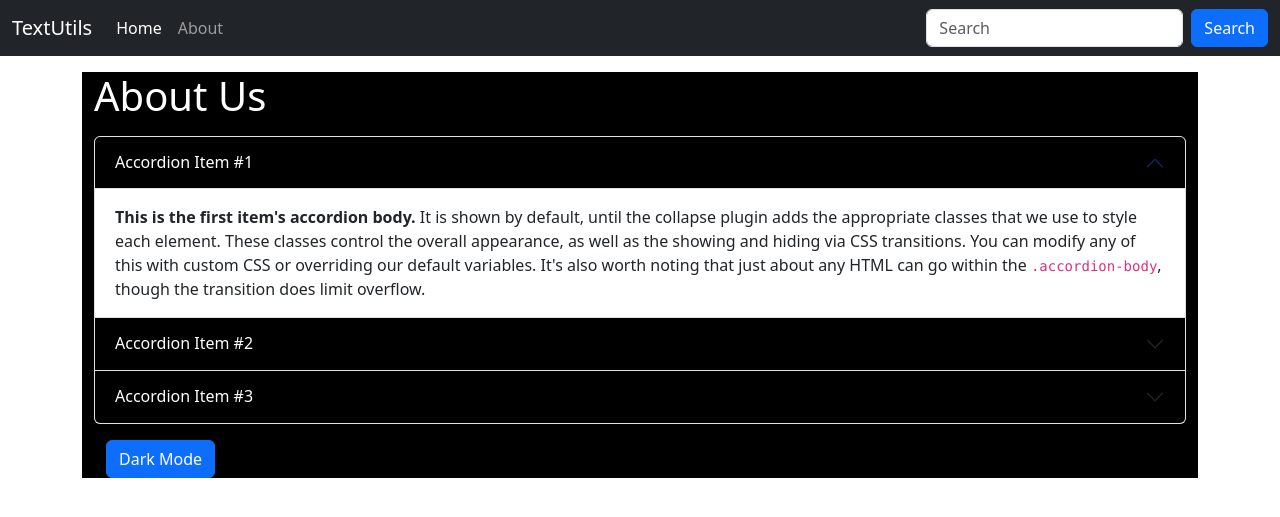
Repository: Rohit-foryou/Text-Utils
Page: /
The author's editor kept a copy of each file at every save. The page is drawn from the files as they stood at one save, then again after the next save.
The browser window is 1280 px wide. The pictures show the whole page.
The project was rebuilt for these pictures with package versions that can differ from the ones it lists, and the page was loaded fresh each time. Also part of the build but not shown: src/index.css, src/App.css.

Above is the page before, as saved 2023-12-20 22:33:15.

### public/index.html
<!DOCTYPE html>
<html lang="en">
  <head>
    <meta charset="utf-8" />
    <link rel="icon" href="%PUBLIC_URL%/favicon.ico" />
    <meta name="viewport" content="width=device-width, initial-scale=1" />
    <meta name="theme-color" content="#000000" />
    <meta
      name="description"
      content="Web site created using create-react-app"
    />
    <link rel="apple-touch-icon" href="%PUBLIC_URL%/logo192.png" />
    <link rel="manifest" href="%PUBLIC_URL%/manifest.json" />

    <!-- Bootstrap CSS -->
    <link href="https://cdn.jsdelivr.net/npm/bootstrap@5.3.2/dist/css/bootstrap.min.css" rel="stylesheet" integrity="sha384-T3c6CoIi6uLrA9TneNEoa7RxnatzjcDSCmG1MXxSR1GAsXEV/Dwwykc2MPK8M2HN" crossorigin="anonymous">

    <title>React App</title>
  </head>
  <body>
    <noscript>You need to enable JavaScript to run this app.</noscript>
    <div id="root"></div>

    <script src="https://cdn.jsdelivr.net/npm/bootstrap@5.3.2/dist/js/bootstrap.bundle.min.js" integrity="sha384-C6RzsynM9kWDrMNeT87bh95OGNyZPhcTNXj1NW7RuBCsyN/o0jlpcV8Qyq46cDfL" crossorigin="anonymous"></script>
  </body>
</html>

### src/App.js
import "./App.css";
import About from "./components/About";
import Navbar from "./components/Navbar";
// import TextForm from "./components/TextForm";


function App() {
  return (
    <>
      <Navbar title = "TextUtils" aboutText = "About"/>
      <div className="container my-3">
      {/* <TextForm heading = "Enter the text to analyze"/> */}
      <About/>
      </div>
    </>
  );
}

export default App;

### src/components/About.js
import React from 'react'

export default function About() {

    let mystyle={
        color: 'white',
        backgroundColor: 'black'
    }
  return (
    <div className='container' style={mystyle}>
        <h1 className = "my-3">About Us</h1>
      <div className="accordion" id="accordionExample" style={mystyle}>
            <div className="accordion-item">
                <h2 className="accordion-header">
                <button className="accordion-button" type="button"  style={mystyle} data-bs-toggle="collapse" data-bs-target="#collapseOne" aria-expanded="true" aria-controls="collapseOne">
                    Accordion Item #1
                </button>
                </h2>
                <div id="collapseOne" className="accordion-collapse collapse show" data-bs-parent="#accordionExample">
                <div className="accordion-body">
                    <strong>This is the first item's accordion body.</strong> It is shown by default, until the collapse plugin adds the appropriate classes that we use to style each element. These classes control the overall appearance, as well as the showing and hiding via CSS transitions. You can modify any of this with custom CSS or overriding our default variables. It's also worth noting that just about any HTML can go within the <code>.accordion-body</code>, though the transition does limit overflow.
                </div>
                </div>
            </div>
            <div className="accordion-item">
                <h2 className="accordion-header">
                <button className="accordion-button collapsed"  style={mystyle} type="button" data-bs-toggle="collapse" data-bs-target="#collapseTwo" aria-expanded="false" aria-controls="collapseTwo">
                    Accordion Item #2
                </button>
                </h2>
                <div id="collapseTwo" className="accordion-collapse collapse" data-bs-parent="#accordionExample">
                <div className="accordion-body">
                    <strong>This is the second item's accordion body.</strong> It is hidden by default, until the collapse plugin adds the appropriate classes that we use to style each element. These classes control the overall appearance, as well as the showing and hiding via CSS transitions. You can modify any of this with custom CSS or overriding our default variables. It's also worth noting that just about any HTML can go within the <code>.accordion-body</code>, though the transition does limit overflow.
                </div>
                </div>
            </div>
            <div className="accordion-item">
                <h2 className="accordion-header">
                <button className="accordion-button collapsed"  style={mystyle} type="button" data-bs-toggle="collapse" data-bs-target="#collapseThree" aria-expanded="false" aria-controls="collapseThree">
                    Accordion Item #3
                </button>
                </h2>
                <div id="collapseThree" className="accordion-collapse collapse"  data-bs-parent="#accordionExample">
                <div className="accordion-body">
                    <strong>This is the third item's accordion body.</strong> It is hidden by default, until the collapse plugin adds the appropriate classes that we use to style each element. These classes control the overall appearance, as well as the showing and hiding via CSS transitions. You can modify any of this with custom CSS or overriding our default variables. It's also worth noting that just about any HTML can go within the <code>.accordion-body</code>, though the transition does limit overflow.
                </div>
                </div>
            </div>
        </div>
        <div className="container my-3">
        <button type="button" className="btn btn-primary" >Dark Mode</button>
        </div>
    </div>
  )
}

### src/components/Navbar.js
import React from 'react'
import PropTypes from 'prop-types'


export default function Navbar(props) {
  return (
    <nav className="navbar navbar-expand-lg navbar-dark bg-dark">
        <div className="container-fluid">
          <a className="navbar-brand" href="/">{props.title}</a>
          <button className="navbar-toggler" type="button" data-bs-toggle="collapse" data-bs-target="#navbarSupportedContent" aria-controls="navbarSupportedContent" aria-expanded="false" aria-label="Toggle navigation">
            <span className="navbar-toggler-icon"></span>
          </button>
          <div className="collapse navbar-collapse" id="navbarSupportedContent">
            <ul className="navbar-nav me-auto mb-2 mb-lg-0">
              <li className="nav-item">
                <a className="nav-link active" aria-current="page" href="/">Home</a>
              </li>
              <li className="nav-item">
                <a className="nav-link" href="/">{props.aboutText}</a>
              </li>
            </ul>
            <form className="d-flex" role="search">
              <input className="form-control me-2" type="search" placeholder="Search" aria-label="Search"/>
              <button className="btn btn-primary" type="submit">Search</button>
            </form>
          </div>
        </div>
      </nav>
  )
}

Navbar.propTypes = {title: PropTypes.string.isRequired,
                     AboutText: PropTypes.string}

// Navbar.defaultProps = {
//     title: 'write title',
//     aboutText: 'About',
// }

Loaded but not shown: src/index.js (common file); src/reportWebVitals.js (common file)

After the next save:
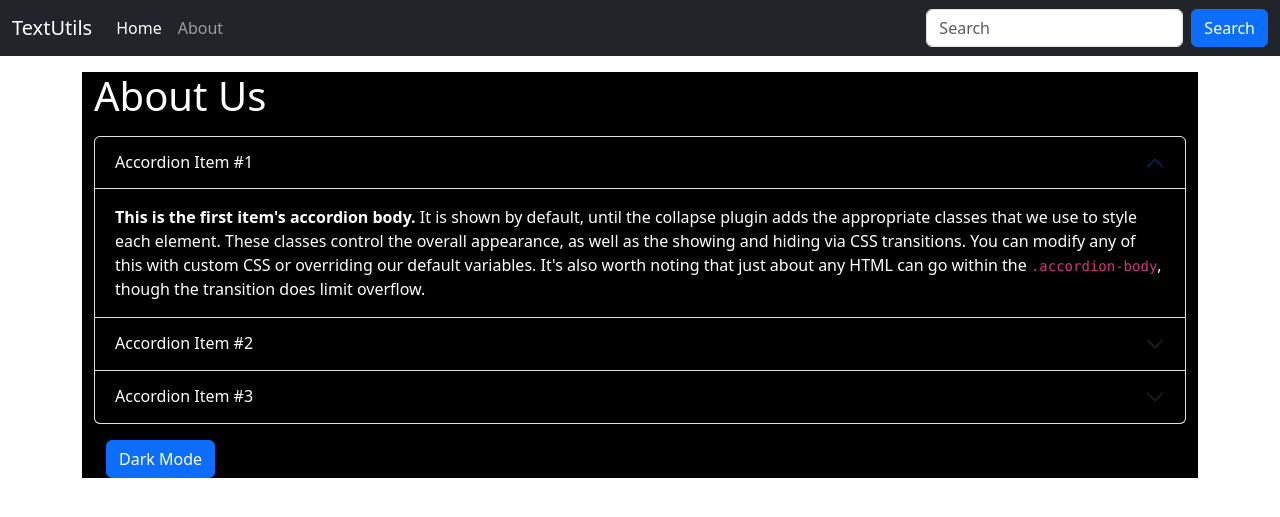
Saved 32 s later.
--- a/src/components/About.js
+++ b/src/components/About.js
@@ -17,7 +17,7 @@ export default function About() {
                 </button>
                 </h2>
                 <div id="collapseOne" className="accordion-collapse collapse show" data-bs-parent="#accordionExample">
-                <div className="accordion-body">
+                <div className="accordion-body" style={mystyle}>
                     <strong>This is the first item's accordion body.</strong> It is shown by default, until the collapse plugin adds the appropriate classes that we use to style each element. These classes control the overall appearance, as well as the showing and hiding via CSS transitions. You can modify any of this with custom CSS or overriding our default variables. It's also worth noting that just about any HTML can go within the <code>.accordion-body</code>, though the transition does limit overflow.
                 </div>
                 </div>
@@ -29,7 +29,7 @@ export default function About() {
                 </button>
                 </h2>
                 <div id="collapseTwo" className="accordion-collapse collapse" data-bs-parent="#accordionExample">
-                <div className="accordion-body">
+                <div className="accordion-body" style={mystyle}>
                     <strong>This is the second item's accordion body.</strong> It is hidden by default, until the collapse plugin adds the appropriate classes that we use to style each element. These classes control the overall appearance, as well as the showing and hiding via CSS transitions. You can modify any of this with custom CSS or overriding our default variables. It's also worth noting that just about any HTML can go within the <code>.accordion-body</code>, though the transition does limit overflow.
                 </div>
                 </div>
@@ -41,7 +41,7 @@ export default function About() {
                 </button>
                 </h2>
                 <div id="collapseThree" className="accordion-collapse collapse"  data-bs-parent="#accordionExample">
-                <div className="accordion-body">
+                <div className="accordion-body" style={mystyle}>
                     <strong>This is the third item's accordion body.</strong> It is hidden by default, until the collapse plugin adds the appropriate classes that we use to style each element. These classes control the overall appearance, as well as the showing and hiding via CSS transitions. You can modify any of this with custom CSS or overriding our default variables. It's also worth noting that just about any HTML can go within the <code>.accordion-body</code>, though the transition does limit overflow.
                 </div>
                 </div>
